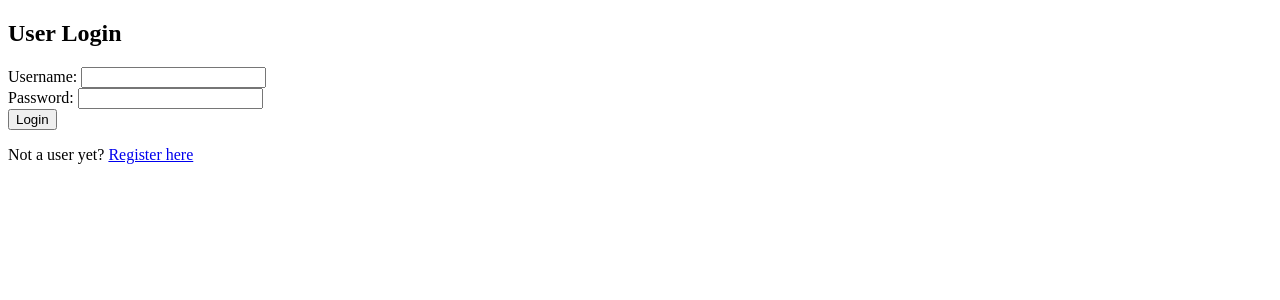
Repository: MohamedUmar083/Project_2
Page: http://localhost/Railway_Crossing_Status/user-login.jsp
These files come from the project's save history. The page is drawn as it stood at one moment and after the next save; the edit follows.
The browser window is 1280 px wide. The pictures show the whole page.
The page is served by Tomcat 10. Other server files are loaded and not shown.

Above is the page before, as saved 2023-12-22 20:45:11.

### Railway Crossing Status/src/main/webapp/user-login.jsp
<%@ page language="java" contentType="text/html; charset=UTF-8" pageEncoding="UTF-8"%>
<%@ page import="java.sql.*" %>
    <%
    // Load the JDBC driver
    try {
        Class.forName("com.mysql.cj.jdbc.Driver");
    } catch (ClassNotFoundException e) {
        e.printStackTrace(); // Handle the exception appropriately in your application
    }
%>
<!DOCTYPE html>
<html>
<head>
    <title>User Login</title>
</head>
<body>
    <h2>User Login</h2>

    <form action="user-login.jsp" method="post">
        <label for="username">Username:</label>
        <input type="text" id="username" name="username" required><br>

        <label for="password">Password:</label>
        <input type="password" id="password" name="password" required><br>

        <input type="submit" value="Login">
    </form>

    <p>Not a user yet? <a href="register.jsp">Register here</a></p>


    <% String errorMessage = (String)request.getAttribute("errorMessage");
       if(errorMessage != null) { %>
           <p style="color: red;"><%= errorMessage %></p>
    <% } else if ("POST".equals(request.getMethod())) {
           // Process the form submission (user login)
           String username = request.getParameter("username");
           String password = request.getParameter("password");

           // Provide your actual database connection details
          String jdbcUrl = "jdbc:mysql://localhost:3306/railwayproject";
        String dbUsername = "root";
        String dbPassword = "Mohdumar@1011302";
           // SQL query to check user credentials
           String selectQuery = "SELECT * FROM user WHERE username = ? AND password = ?";

           try (Connection connection = DriverManager.getConnection(jdbcUrl, dbUsername, dbPassword);
                PreparedStatement statement = connection.prepareStatement(selectQuery)) {
               statement.setString(1, username);
               statement.setString(2, password);

               try (ResultSet resultSet = statement.executeQuery()) {
                   if (resultSet.next()) {
                       response.sendRedirect("user-dashboard.jsp");
                       return; // Redirect immediately if user is found
                   } else {
                       out.println("<p style='color: red;'>Invalid credentials. Please try again.</p>");
                   }
               }
           } catch (SQLException e) {
               e.printStackTrace(); // Handle the exception appropriately in your application
               out.println("<p style='color: red;'>Login failed. Please try again.</p>");
           }
       } %>
</body>
</html>

After the next save:
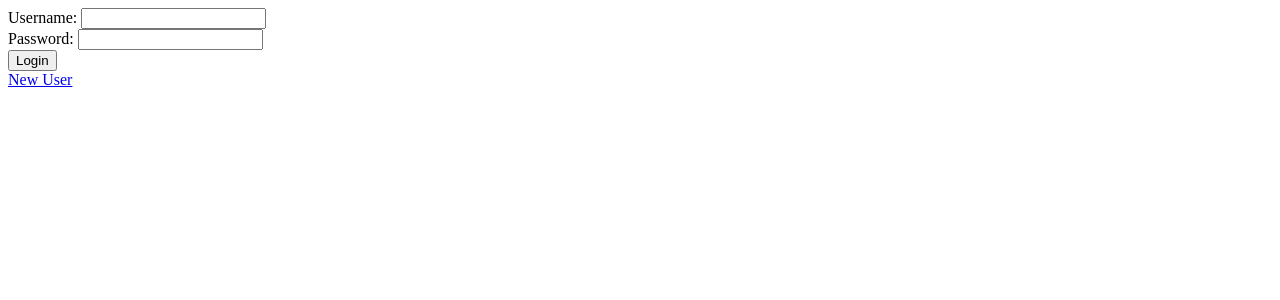
Saved 6 min 1 s later.
--- a/Railway Crossing Status/src/main/webapp/user-login.jsp
+++ b/Railway Crossing Status/src/main/webapp/user-login.jsp
@@ -1,22 +1,13 @@
 <%@ page language="java" contentType="text/html; charset=UTF-8" pageEncoding="UTF-8"%>
-<%@ page import="java.sql.*" %>
-    <%
-    // Load the JDBC driver
-    try {
-        Class.forName("com.mysql.cj.jdbc.Driver");
-    } catch (ClassNotFoundException e) {
-        e.printStackTrace(); // Handle the exception appropriately in your application
-    }
-%>
+<%@ page import="java.io.*, java.util.*, javax.servlet.*, javax.servlet.http.*, javax.servlet.annotation.*" %>
+
 <!DOCTYPE html>
 <html>
 <head>
     <title>User Login</title>
 </head>
 <body>
-    <h2>User Login</h2>
-
-    <form action="user-login.jsp" method="post">
+    <form action="user-login" method="post">
         <label for="username">Username:</label>
         <input type="text" id="username" name="username" required><br>
 
@@ -26,41 +17,11 @@
         <input type="submit" value="Login">
     </form>
 
-    <p>Not a user yet? <a href="register.jsp">Register here</a></p>
-
+    <a href="register.jsp">New User</a>
 
     <% String errorMessage = (String)request.getAttribute("errorMessage");
        if(errorMessage != null) { %>
            <p style="color: red;"><%= errorMessage %></p>
-    <% } else if ("POST".equals(request.getMethod())) {
-           // Process the form submission (user login)
-           String username = request.getParameter("username");
-           String password = request.getParameter("password");
-
-           // Provide your actual database connection details
-          String jdbcUrl = "jdbc:mysql://localhost:3306/railwayproject";
-        String dbUsername = "root";
-        String dbPassword = "Mohdumar@1011302";
-           // SQL query to check user credentials
-           String selectQuery = "SELECT * FROM user WHERE username = ? AND password = ?";
-
-           try (Connection connection = DriverManager.getConnection(jdbcUrl, dbUsername, dbPassword);
-                PreparedStatement statement = connection.prepareStatement(selectQuery)) {
-               statement.setString(1, username);
-               statement.setString(2, password);
-
-               try (ResultSet resultSet = statement.executeQuery()) {
-                   if (resultSet.next()) {
-                       response.sendRedirect("user-dashboard.jsp");
-                       return; // Redirect immediately if user is found
-                   } else {
-                       out.println("<p style='color: red;'>Invalid credentials. Please try again.</p>");
-                   }
-               }
-           } catch (SQLException e) {
-               e.printStackTrace(); // Handle the exception appropriately in your application
-               out.println("<p style='color: red;'>Login failed. Please try again.</p>");
-           }
-       } %>
+    <% } %>
 </body>
 </html>
